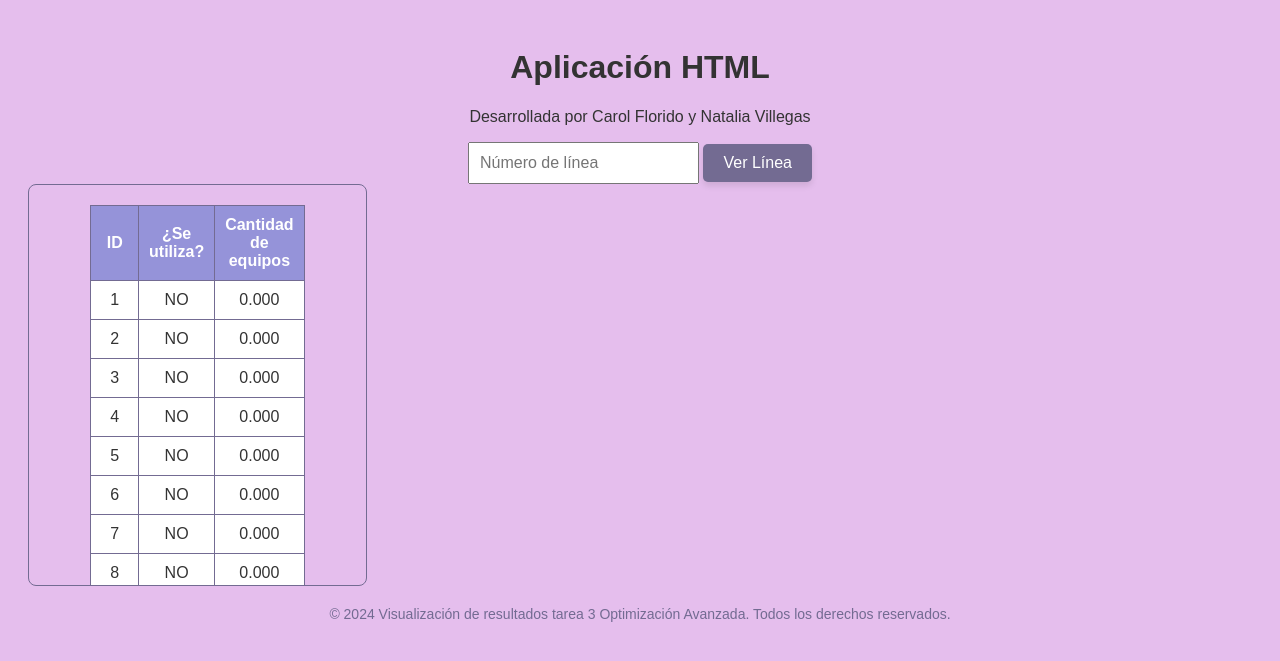
Repository: cflorido/Front_T3
Page: index.html
The author's editor kept a copy of each file at every save. The page is drawn from the files as they stood at one save, then again after the next save.
The browser window is 1280 px wide. The pictures show the whole page.

Above is the page before, as saved 2024-10-22 22:54:29.

After the next save:
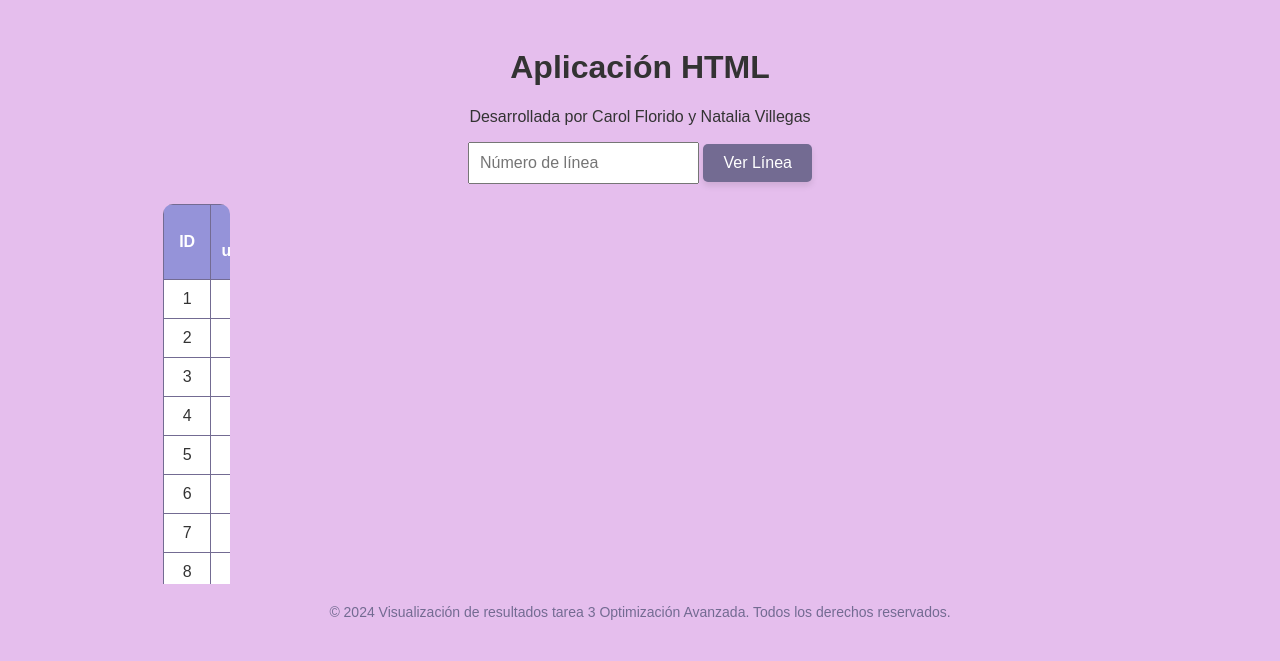
Saved 79 s later.
--- a/index.html
+++ b/index.html
@@ -34,7 +34,9 @@
             width: 20%; /* 20% del ancho de la pantalla */
             border-collapse: collapse;
             text-align: left;
-            overflow-y: auto; /* Permitir desplazamiento vertical */
+            max-height: 400px; /* Altura máxima */
+            overflow-y: auto; /* Habilitar scroll vertical */
+            display: block; /* Cambia a block para scroll */
         }
         #tablaEquipos th, #tablaEquipos td {
             border: 1px solid #736B92;
@@ -89,13 +91,6 @@
             font-size: 14px;
             color: #736B92;
         }
-        /* Estilos para hacer scrollable la tabla de equipos */
-        #tablaEquiposContainer {
-            max-height: 400px; /* Altura máxima del contenedor */
-            overflow-y: auto; /* Permitir desplazamiento vertical */
-            border: 1px solid #736B92; /* Borde para la tabla de equipos */
-            border-radius: 8px; /* Esquinas redondeadas */
-        }
     </style>
 </head>
 <body>
@@ -106,8 +101,8 @@
     <button onclick="cargarLinea()">Ver Línea</button>
 
     <div class="container">
-        <!-- Contenedor para la tabla de equipos -->
-        <div id="tablaEquiposContainer">
+        <!-- Tabla de equipos en el lado izquierdo -->
+        <div style="overflow-y: auto; max-height: 400px;">
             <table id="tablaEquipos">
                 <thead>
                     <tr>
@@ -241,15 +236,16 @@
                 const horaFin = (horaInicio + 2) % 24;
                 const franjaHoraria = `${horaInicio < 10 ? '0' : ''}${horaInicio}:00 - ${horaFin < 10 ? '0' : ''}${horaFin}:00`;
 
-                const celdaFranjaHoraria = document.createElement('td');
-                celdaFranjaHoraria.textContent = franjaHoraria;
-                fila.appendChild(celdaFranjaHoraria);
-
-                // Rellenar las celdas según la información del horario
+                const celdaFranja = document.createElement('td');
+                celdaFranja.textContent = franjaHoraria;
+                fila.appendChild(celdaFranja);
+
+                // Llenar celdas de la tabla con los datos de horarios
                 for (let j = 0; j < 7; j++) {
                     const celda = document.createElement('td');
-                    if (horario[i][j] > 0) {
-                        celda.textContent = 'Sí';
+                    celda.textContent = horario[i][j] ? 'Uso' : 'Libre'; // Ajustar según el uso
+
+                    if (horario[i][j]) {
                         celda.classList.add('utilizado'); // Agregar clase si se usa
                     }
                     fila.appendChild(celda);
